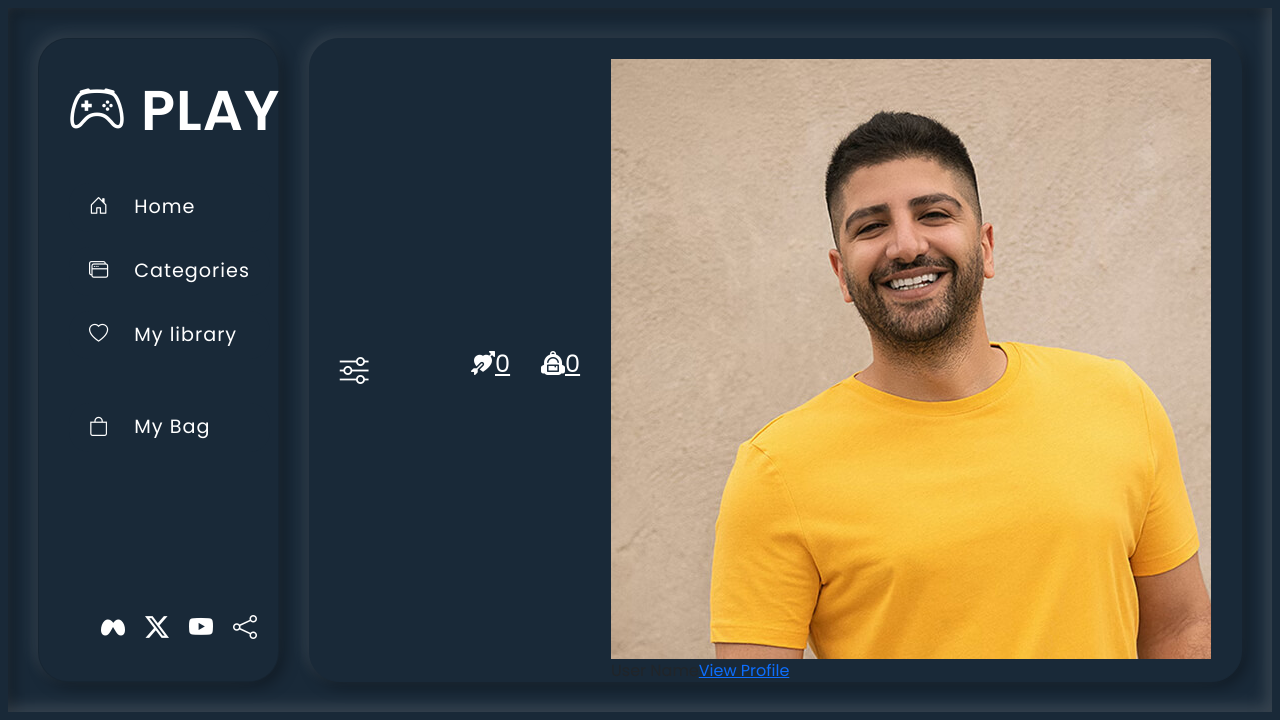
Repository: Ego-Wolf/Ecommerce-game-Reactjs
Page: /
The author's editor kept a copy of each file at every save. The page is drawn from the files as they stood at one save, then again after a run of saves.
The browser window is 1280 px wide. The pictures show the whole page.
The project was rebuilt for these pictures with package versions that can differ from the ones it lists, and the page was loaded fresh each time.

Above is the page before, as saved 2023-12-21 23:48:51.

### public/index.html
<!DOCTYPE html>
<html lang="en">
  <head>
    <meta charset="utf-8" />
    <link rel="icon" href="%PUBLIC_URL%/favicon.ico" />
    <meta name="viewport" content="width=device-width, initial-scale=1" />
    <meta name="theme-color" content="#000000" />
    <meta
      name="description"
      content="Web site created using create-react-app"
    />
    <link rel="apple-touch-icon" href="%PUBLIC_URL%/logo192.png" />
    <link rel="manifest" href="%PUBLIC_URL%/manifest.json" />
    <title>Wolf Ecommerce | Game</title>

    <!-- Bootstraps & Bootstraps Icon -->
    <link href="https://cdn.jsdelivr.net/npm/bootstrap@5.3.2/dist/css/bootstrap.min.css" rel="stylesheet" integrity="sha384-T3c6CoIi6uLrA9TneNEoa7RxnatzjcDSCmG1MXxSR1GAsXEV/Dwwykc2MPK8M2HN" crossorigin="anonymous">
    <link rel="stylesheet" href="https://cdn.jsdelivr.net/npm/bootstrap-icons@1.11.2/font/bootstrap-icons.min.css">
  </head>
  <body>
    <noscript>You need to enable JavaScript to run this app.</noscript>
    <div id="root"></div>

  </body>
</html>

### src/App.js
import React from 'react';
import './App.css';
import Main from "./pages/Main";

function App() {
  return (
    <Main/>
  );
}

export default App;

### src/App.css
/* Google Font */
@import url('https://fonts.googleapis.com/css2?family=Poppins:wght@300;400;500;600;700;800;900&display=swap');


*{
  padding: 0;
  margin: 0;
  box-sizing: border-box;
}

:root {
  --primary: #0d171f;
  --second: #0998a8;
  --bgColor: #192938;
}

h1,
h2,
h4,
p {
  color: #ffffff;
}

body {
  position: relative;
  background: var(--bgColor);
  font-family: 'Poppins', sans-serif;
  width: 100%;
  min-height: 100vh;
  overflow: hidden;
}

### src/pages/Main.jsx
import React from 'react'
import './Main.css'
import SideMenu from '../components/SideMenu'
import Header from './Header'

function Main() {
  return (
    <main>
        <SideMenu/>
        <div className="banner">
          <Header/>
        </div>
    </main>
  )
}

export default Main

### src/pages/Main.css
main {
    position: absolute;
    top: 0;
    left: 0;
    right: 0;
    bottom: 0;
    padding: 30px;
    border: 8px solid var(--bgColor);
    box-shadow: -5px -5px 15px rgba(255, 255, 255, 0.15),
    5px 5px 15px rgba(0, 0, 0, 0.35),
    inset -5px -5px 15px rgba(255, 255, 255, 0.15),
    inset 5px 5px 15px rgba(0, 0, 0, 0.35);
    display: flex;
    justify-content: space-between;
    align-items: center;
    gap: 30px;
    overflow: hidden;
    transition: 0.5s;
}

.banner {
    position: relative;
    width: 80%;
    height: 100%;
    border-radius: 30px;
    border: 1px solid var(--bgColor);
    background: var(--bgColor);
    box-shadow: -5px -5px 15px rgba(255, 255, 255, 0.1),
    5px 5px 15px rgba(0, 0, 0, 0.35);
    transition: 1s;
}

### src/components/SideMenu.jsx
import React, {useState} from 'react'
import './SideMenu.css'
import NavListItem from './NavListItem'
import navListData from '../data/navListData'
import socialListData from '../data/socialListData'
import SocialListItem from './SocialListItem'

function SideMenu() {
  const [navData, setNavData] = useState(navListData);
  const [socialData, setSocialData] = useState(socialListData);

  return (
    <div className="sideMenu">
        <a href="#" className="logo">
            <i class="bi bi-controller"></i>
            <span className="brand">Play</span>
        </a>
        <ul className="nav">
          {navData.map(item => (
            <NavListItem key={item._id} item={item} />
          ))}
        </ul>

        <ul className="social">
          {socialData.map(item => (
            <SocialListItem key={item._id} item={item} />
          ))}
        </ul>

    </div>
  );
}

export default SideMenu;

### src/pages/Header.jsx
import React from 'react'
import './Header.css'
import userImg from '../images/user.jpg'

function Header() {
  return (
    <header>
        <a href="#" className='menu'><i class="bi bi-sliders"></i></a>
        <div className="userItems">
            <a href="#" className="icon">
                <i class="bi bi-arrow-through-heart-fill"></i>
                <span className='like'>0</span>
            </a>
            <a href="#" className="icon">
                <i class="bi bi-backpack2-fill"></i>
                <span className="bag">0</span>
            </a>
            <div className="avatar">
                <a href="#"><img src={userImg} alt="User Image" /></a>
                <div className="user">
                    <span>User Name</span>
                    <a href="#">View Profile</a>
                </div>
            </div>
        </div>
    </header>
  )
}

export default Header

### src/components/SideMenu.css
.sideMenu {
    width: 20%;
    height: 100%;
    padding: 30px;
    border: 1px solid rgba(0, 0, 0, 0.1);
    border-radius: 30px;
    background: var(--bgColor);
    box-shadow: -5px -5px 15px rgba(255, 255, 255, 0.1), 5px 5px 15px rgba(0, 0, 0, 0.35);
    display: flex;
    flex-direction: column;
    transition: 1s;
}

.sideMenu .logo {
    position: relative;
    text-decoration: none;
    display: inline-flex;
    align-items: center;
    gap: 15px;
    color: #ffffff;
    font-size: 3.5em;
    font-weight: 600;
    letter-spacing: 1px;
    text-transform: uppercase;
}

.sideMenu .nav {
    margin-top: 30px;
    display: flex;
    flex-direction: column;
    list-style: none;
    gap: 15px;
}

.sideMenu .nav li a {
    text-decoration: none;
    color: #ffffff;
    font-size: 1.2em;
    letter-spacing: 1px;
    display: inline-flex;
    gap: 25px;
    background: var(--bgColor);
    border-radius: 20px;
    padding: 10px 20px;
    width: 100%;
    transition: 0.5s;
}

.sideMenu .nav li a:hover,
.sideMenu .nav li a:active {
    box-shadow: -5px -5px 15px rgba(255, 255, 255, 0.1), 5px 5px 15px rgba(0, 0, 0, 0.35);
}

/* Social */
.sideMenu .social {
    position: absolute;
    bottom: 50px;
    display: flex;
    align-items: center;
    list-style: none;
    gap: 20px;
    transition: 0.5s;
}

.sideMenu .social li a {
    text-decoration: none;
    color: #ffffff;
    font-size: 1.5rem;
    transition: 0.3s;
}

.sideMenu .social li a:hover {
    color: var(--second);
}

.sideMenu .social li .share {
    background: (--second);
    padding: 10px;
    width: 35px;
    height: 35px;
    border-radius: 50%;
    transition: 0.3s;
}

.sideMenu .social li .share:hover {
    background: var(--primary);
}

### src/components/NavListItem.jsx
import React from 'react'
import './NavListItem.css'

function NavListItem({ item }) {
  return (
    <li>
        <a href="#">
            <i className={`bi ${item.icon}`}></i>
            <span className="navName">{item.name}</span>
        </a>
    </li>
  )
}

export default NavListItem

### src/data/navListData.js
const navListData = [
    {
        _id: 1,
        target: 'home',
        name: 'Home',
        icon: 'bi-house-door',
        active: true,
    },
    {
        _id: 2,
        target: 'categories',
        name: 'Categories',
        icon: 'bi-window-stack',
        active: false,
    },
    {
        _id: 3,
        target: 'library',
        name: 'My library',
        icon: 'bi-heart',
        active: false,
    },
    {
        _id: 4,
        target: 'bag',
        name: 'My Bag',
        icon: 'bi-bag',
        active: false,
    },
];

export default navListData;

### src/data/socialListData.js
const socialListData = [
    {
        _id: 1,
        // target: 'meta',
        // name: 'Meta',
        icon: 'bi bi-meta',
        active: true,
    },
    {
        _id: 2,
        // target: 'categories',
        // name: 'Categories',
        icon: 'bi-twitter-x ',
        active: false,
    },
    {
        _id: 3,
        // target: 'library',
        // name: 'My library',
        icon: 'bi-youtube',
        active: false,
    },
    {
        _id: 4,
        // target: 'bag',
        // name: 'My Bag',
        icon: 'bi-share',
        active: false,
    },
];

export default socialListData;

### src/components/SocialListItem.jsx
import React from 'react'
import './SocialListItem.css'

function SocialListItem({ item }) {
  return (
    <li>
      <a href="#">
        <i className={`bi ${item.icon}`}></i>
      </a>
    </li>
  )
}

export default SocialListItem

### src/pages/Header.css
header {
    position: absolute;
    top: 0;
    width: 100%;
    display: flex;
    justify-content: space-between;
    align-items: center;
    padding: 20px 30px;
    z-index: 1000 !important;
    background: transparent;
}

.menu {
    font-size: 1.8rem;
    color: #ffffff;
}

.userItems {
    display: inline-flex;
    align-items: center;
    gap: 20px;
}

.userItems .icon {
    position: relative;
    color: #ffffff;
    font-size: 1.5rem;
    width: 50px;
    height: 50px;
    border-radius: 10px;
}

Loaded but not shown: src/index.js (common file); src/index.css (common file); src/reportWebVitals.js (common file); src/components/NavListItem.css (no stored copy; drawn as an empty file); src/components/SocialListItem.css (no stored copy; drawn as an empty file)

After the next 2 saves:
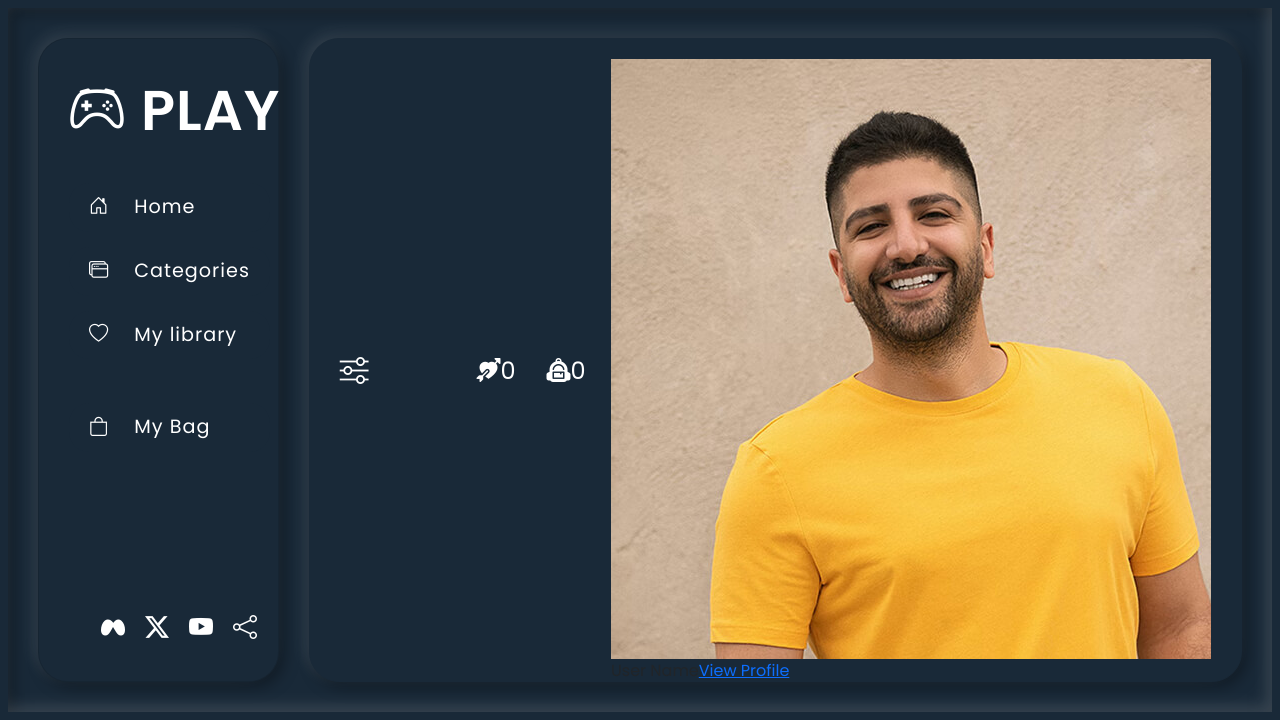
The 2 saves are shown as one change because they came seconds apart.
The last was saved 11 s later.
--- a/src/pages/Header.css
+++ b/src/pages/Header.css
@@ -28,4 +28,9 @@ header {
     width: 50px;
     height: 50px;
     border-radius: 10px;
+
+    display: flex;
+    justify-content: center;
+    align-items: center;
+    text-decoration: none;
 }
